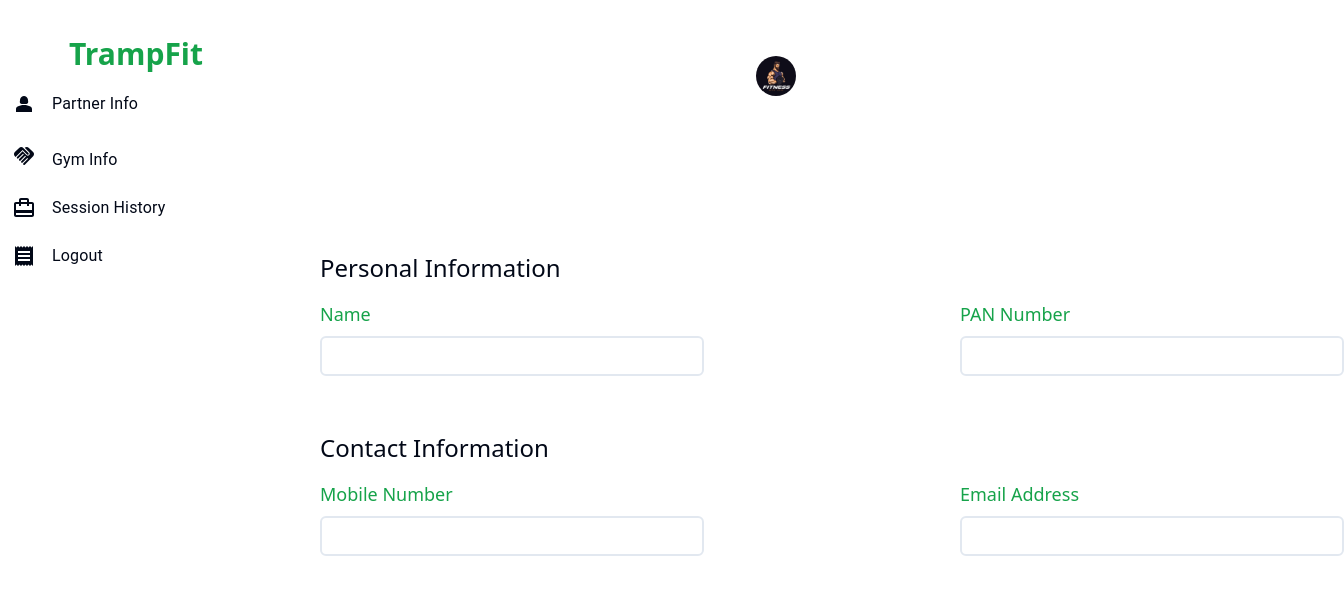
Repository: ezioxatul/TrampFit-Website
Page: /partner/partnerDashboard/partnerInfo (app in Frontend/)
The author's editor kept a copy of each file at every save. The page is drawn from the files as they stood at one save, then again after the next save.
The browser window is 1280 px wide. The page is 1344 px wide, so the pictures cover 1344 px, including what lies to the right of the window. The pictures show the whole page.
The project was rebuilt for these pictures with package versions that can differ from the ones it lists, and the page was loaded fresh each time. The framework's server and built-in components were replaced by stand-ins that run in the browser. Also part of the build but not shown: Frontend/next.config.js, Frontend/next.config.mjs, Frontend/components/Loader.js, Frontend/components/Popup.js.

Above is the page before, as saved 2024-05-16 18:06:15.

### Frontend/pages/_app.js
import Loader from "@/components/Loader";
import "@/styles/globals.css";
import { useRouter } from "next/router";
import { useEffect, useState } from "react";


const Loading = () => {

  return (
    <Loader/>
  );
}

export default function App({ Component, pageProps }) {

  const [loading, setLoading] = useState(false);
  const router = useRouter();

  useEffect(() => {
    const handleStart = () => setLoading(true);
    const handleComplete = () => setLoading(false);

    router.events.on('routeChangeStart', handleStart);
    router.events.on('routeChangeComplete', handleComplete);
    router.events.on('routeChangeError', handleComplete);

    return () => {
      router.events.off('routeChangeStart', handleStart);
      router.events.off('routeChangeComplete', handleComplete);
      router.events.off('routeChangeError', handleComplete);
    };
  }, []);

  return (
    <>
    <div className="h-2">
      {
        loading  &&
          <Loading />

      }
      </div>
          <Component {...pageProps} />

    </>
  );
}

### Frontend/pages/_document.js
import { Html, Head, Main, NextScript } from "next/document";

export default function Document() {
  return (
    <Html lang="en">
          <Head />
          <body>
            <Main />
            <NextScript />
          </body>
        </Html>
        );
}

### Frontend/pages/partner/partnerDashboard/partnerInfo.js
import PartnerSideBar from "@/components/PartnerSideBar";
import { Avatar } from "@mui/material";
import { Input } from "@/components/ui/input";
import { Label } from "@/components/ui/label";
import { useEffect, useState } from "react";
import { useRouter } from "next/router";
import { ToastContainer, toast } from "react-toastify";

export default function partnerInfo() {
    const inputClassName = "w-96 text-lg border-2";
    const labelClassName = "text-lg text-green-600 font-normal";
    const containerClassName = "ml-80";

    return (
        <>
            <div className="flex flex-col">
                <div className="flex">
                    <PartnerSideBar />
                        <Avatar className="w-36 mx-auto mt-12 h-36 text-6xl bg-black" src="/gymname.png" />
                </div>
                <div className=" mt-[-5rem]">
                    <h1 className={`${containerClassName} text-2xl mb-4`}>Personal Information</h1>
                    <div className={`${containerClassName} flex mb-10`}>
                        <div className="mr-32 space-y-2">
                            <Label htmlFor="name" className={labelClassName}>
                                Name
                            </Label>
                            <Input type="text" className={inputClassName} />
                        </div>
                        <div className="ml-32 space-y-2">
                            <Label htmlFor="panNumber" className={labelClassName}>
                                PAN Number
                            </Label>
                            <Input type="text" className={inputClassName} />
                        </div>
                    </div>
                </div>
                <div>
                    <h1 className={`${containerClassName} text-2xl mb-4 mt-4`}>Contact Information</h1>
                    <div className={`${containerClassName} flex mb-10`}>
                        <div className="mr-32 space-y-2">
                            <Label htmlFor="name" className={labelClassName}>
                                Mobile Number
                            </Label>
                            <Input type="text" className={inputClassName} />
                        </div>
                        <div className="ml-32 space-y-2 mb-10">
                            <Label htmlFor="city" className={labelClassName}>
                                Email Address
                            </Label>
                            <Input type="text" className={inputClassName} />
                        </div>
                        <ToastContainer />
                    </div>
                </div>
            </div>
        </>
    );
}

### Frontend/styles/globals.css
@tailwind base;
@tailwind components;
@tailwind utilities;


@layer base {
  :root {
    --background: 0 0% 100%;
    --foreground: 222.2 84% 4.9%;

    --card: 0 0% 100%;
    --card-foreground: 222.2 84% 4.9%;

    --popover: 0 0% 100%;
    --popover-foreground: 222.2 84% 4.9%;

    --primary: 222.2 47.4% 11.2%;
    --primary-foreground: 210 40% 98%;

    --secondary: 210 40% 96.1%;
    --secondary-foreground: 222.2 47.4% 11.2%;

    --muted: 210 40% 96.1%;
    --muted-foreground: 215.4 16.3% 46.9%;

    --accent: 210 40% 96.1%;
    --accent-foreground: 222.2 47.4% 11.2%;

    --destructive: 0 84.2% 60.2%;
    --destructive-foreground: 210 40% 98%;

    --border: 214.3 31.8% 91.4%;
    --input: 214.3 31.8% 91.4%;
    --ring: 222.2 84% 4.9%;

    --radius: 0.5rem;
  }

  .dark {
    --background: 222.2 84% 4.9%;
    --foreground: 210 40% 98%;

    --card: 222.2 84% 4.9%;
    --card-foreground: 210 40% 98%;

    --popover: 222.2 84% 4.9%;
    --popover-foreground: 210 40% 98%;

    --primary: 210 40% 98%;
    --primary-foreground: 222.2 47.4% 11.2%;

    --secondary: 217.2 32.6% 17.5%;
    --secondary-foreground: 210 40% 98%;

    --muted: 217.2 32.6% 17.5%;
    --muted-foreground: 215 20.2% 65.1%;

    --accent: 217.2 32.6% 17.5%;
    --accent-foreground: 210 40% 98%;

    --destructive: 0 62.8% 30.6%;
    --destructive-foreground: 210 40% 98%;

    --border: 217.2 32.6% 17.5%;
    --input: 217.2 32.6% 17.5%;
    --ring: 212.7 26.8% 83.9%;
  }
}

@layer base {
  * {
    @apply border-border;
  }
  body {
    @apply bg-background text-foreground;
  }
}


.outline_remove:focus{


}
.focus-visible\:ring-offset-2:focus-visible{
  border:none !important;
  outline: none !important;
  border-style: none;
}

### Frontend/components/PartnerSideBar.js
import List from '@mui/material/List';
import ListItemButton from '@mui/material/ListItemButton';
import ListItemText from '@mui/material/ListItemText';
import Person2Icon from '@mui/icons-material/Person2';
import HandshakeIcon from '@mui/icons-material/Handshake';
import CardTravelIcon from '@mui/icons-material/CardTravel';
import ReceiptIcon from '@mui/icons-material/Receipt';
import LogoutIcon from '@mui/icons-material/Logout';

import { useState } from 'react';
import Link from 'next/link';
import Popup from './Popup';
import { useRouter } from 'next/router';

export default function PartnerSideBar() {

    let SideBarHeading = ['Partner Info', 'Gym Info', 'Session History', 'Logout'];

    let router = useRouter();
    let [start, setStart] = useState(false);

    const logout = () => {
        setStart(!start);
    }


    const logoutEvent = () => {
        localStorage.removeItem('partnerToken');
        setStart(false);
        router.push('/partner/partnerLogin')
    }
    return (
        <>
            <div className=" w-72  m-[-8px] p-1  mb-10">
                <Link href="#"><h1 className=' text-green-600 text-3xl font-semibold text-center mt-8 cursor-pointer'>TrampFit</h1></Link>

                <List className='bg-white mt-8 ml-6 space-y-2'>
                    {
                        SideBarHeading.map((text, index) => {
                            return (
                                index === 1 ?
                                    <>

                                        <ListItemButton className=' space-x-4 flex justify-between hover:bg-green-100 hover:rounded-2xl hover:text-green-600'>
                                            <Link href="/partner/partnerDashboard/gymInfo" className='flex space-x-4 '>
                                                <HandshakeIcon className='text-2xl' />
                                                <ListItemText primary={text} />
                                            </Link>
                                        </ListItemButton>

                                    </> :
                                    index === 0 ?
                                        <Link href="/partner/partnerDashboard/partnerInfo">
                                            <ListItemButton className=' space-x-4 hover:bg-green-100 hover:rounded-2xl hover:text-green-600'>
                                                <Person2Icon className='text-2xl' />
                                                <ListItemText primary={text} />
                                            </ListItemButton>
                                        </Link> :
                                        index === 2 ?
                                            <Link href="#">
                                                <ListItemButton className=' space-x-4 hover:bg-green-100 hover:rounded-2xl hover:text-green-600'>
                                                    <CardTravelIcon className='text-2xl' />
                                                    <ListItemText primary={text} />
                                                </ListItemButton>
                                            </Link> :
                                            index === 3 ?
                                                <Link href="#">
                                                    <ListItemButton className=' space-x-4 hover:bg-green-100 hover:rounded-2xl hover:text-green-600'>
                                                        <ReceiptIcon className='text-2xl' />
                                                        <ListItemText primary={text} />
                                                    </ListItemButton>
                                                </Link> :
                                                <ListItemButton className=' space-x-4 hover:bg-green-100 hover:rounded-2xl hover:text-green-600' onClick={logout}>
                                                    <LogoutIcon className='text-2xl' />
                                                    <ListItemText primary={text} />
                                                    <Popup open={start} title={"Do you Really want to Logout?"} cancel="Cancel" logout="Logout" logoutEvent={logoutEvent} cancelEvent={logout} />
                                                </ListItemButton>
                            )
                        })
                    }
                </List>
            </div>
        </>
    );
}

### Frontend/tailwind.config.js
/** @type {import('tailwindcss').Config} */
module.exports = {
  darkMode: ["class"],
  content: [
    './pages/**/*.{js,jsx}',
    './components/**/*.{js,jsx}',
    './app/**/*.{js,jsx}',
    './src/**/*.{js,jsx}',
  ],
  prefix: "",
  theme: {
    container: {
      center: true,
      padding: "2rem",
      screens: {
        "2xl": "1400px",
      },
    },
    extend: {fontFamily: {
      play: ["Play", "sans-serif"],
    },
      colors: {
        border: "hsl(var(--border))",
        input: "hsl(var(--input))",
        ring: "hsl(var(--ring))",
        background: "hsl(var(--background))",
        foreground: "hsl(var(--foreground))",
        primary: {
          DEFAULT: "hsl(var(--primary))",
          foreground: "hsl(var(--primary-foreground))",
        },
        secondary: {
          DEFAULT: "hsl(var(--secondary))",
          foreground: "hsl(var(--secondary-foreground))",
        },
        destructive: {
          DEFAULT: "hsl(var(--destructive))",
          foreground: "hsl(var(--destructive-foreground))",
        },
        muted: {
          DEFAULT: "hsl(var(--muted))",
          foreground: "hsl(var(--muted-foreground))",
        },
        accent: {
          DEFAULT: "hsl(var(--accent))",
          foreground: "hsl(var(--accent-foreground))",
        },
        popover: {
          DEFAULT: "hsl(var(--popover))",
          foreground: "hsl(var(--popover-foreground))",
        },
        card: {
          DEFAULT: "hsl(var(--card))",
          foreground: "hsl(var(--card-foreground))",
        },
      },
      borderRadius: {
        lg: "var(--radius)",
        md: "calc(var(--radius) - 2px)",
        sm: "calc(var(--radius) - 4px)",
      },
      keyframes: {
        "accordion-down": {
          from: { height: "0" },
          to: { height: "var(--radix-accordion-content-height)" },
        },
        "accordion-up": {
          from: { height: "var(--radix-accordion-content-height)" },
          to: { height: "0" },
        },
      },
      animation: {
        "accordion-down": "accordion-down 0.2s ease-out",
        "accordion-up": "accordion-up 0.2s ease-out",
      },
    },
  },
  plugins: [require("tailwindcss-animate")],
}

Loaded but not shown: Frontend/components/ui/input.jsx (common file); Frontend/components/ui/label.jsx (common file); Frontend/lib/utils.js (common file)

After the next save:
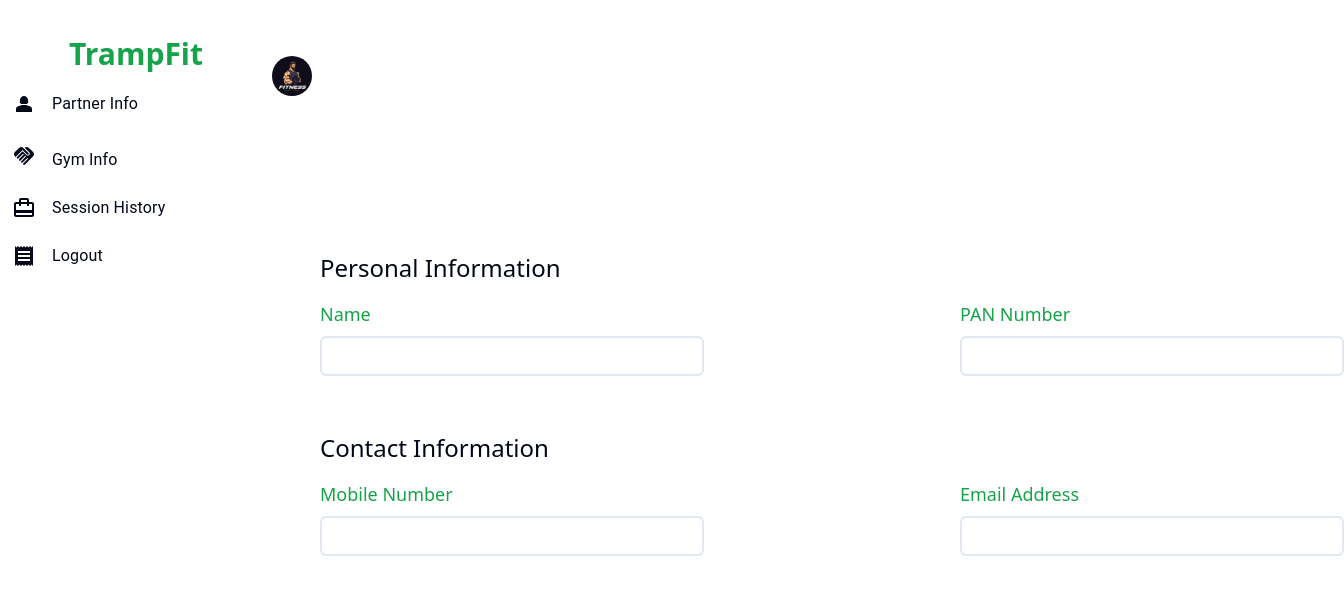
Saved 6 min 13 s later.
--- a/Frontend/pages/partner/partnerDashboard/partnerInfo.js
+++ b/Frontend/pages/partner/partnerDashboard/partnerInfo.js
@@ -1,6 +1,7 @@
 import PartnerSideBar from "@/components/PartnerSideBar";
 import { Avatar } from "@mui/material";
 import { Input } from "@/components/ui/input";
+import Image from "next/image";
 import { Label } from "@/components/ui/label";
 import { useEffect, useState } from "react";
 import { useRouter } from "next/router";
@@ -16,7 +17,10 @@ export default function partnerInfo() {
             <div className="flex flex-col">
                 <div className="flex">
                     <PartnerSideBar />
+                    <div>
+
                         <Avatar className="w-36 mx-auto mt-12 h-36 text-6xl bg-black" src="/gymname.png" />
+                    </div>
                 </div>
                 <div className=" mt-[-5rem]">
                     <h1 className={`${containerClassName} text-2xl mb-4`}>Personal Information</h1>
